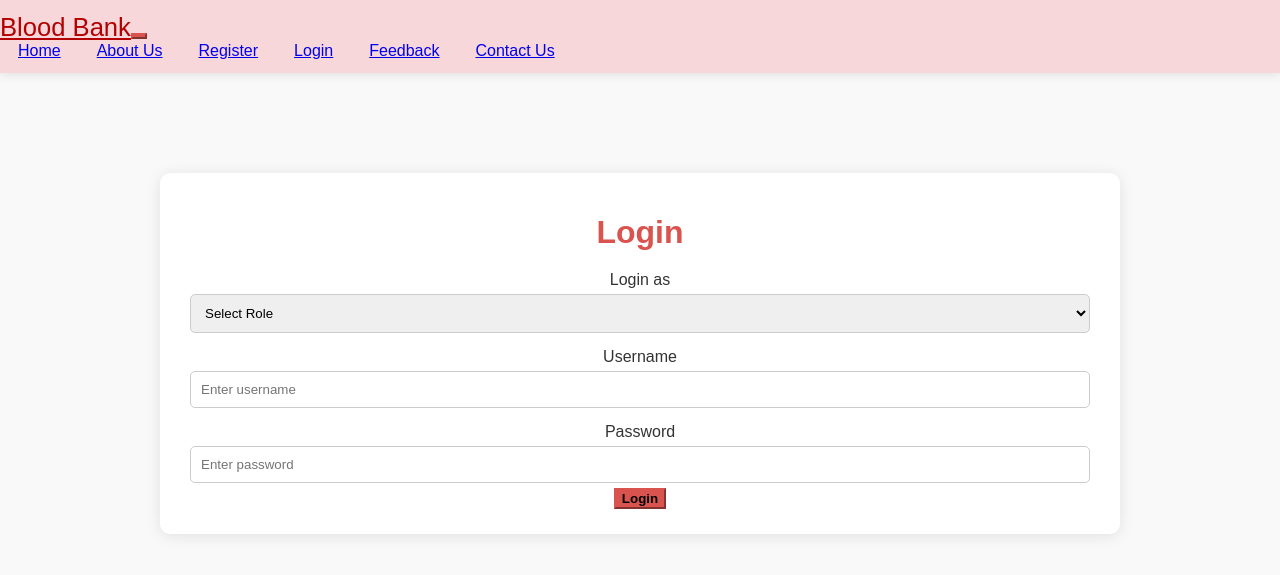
Repository: krismehta02/MINI-PROJECT-MAY
Page: /login (app in blood-donation-frontend/)
An editor plug-in stored every save of this project. The page is shown before and after the next save, followed by the edit.
The browser window is 1280 px wide. The pictures show the whole page.
The project was rebuilt for these pictures with package versions that can differ from the ones it lists, and the page was loaded fresh each time. Also part of the build but not shown: blood-donation-frontend/vite.config.js, blood-donation-frontend/src/pages/Home.jsx, blood-donation-frontend/src/pages/AboutUs.jsx, blood-donation-frontend/src/pages/Register.jsx, blood-donation-frontend/src/pages/Feedback.jsx, blood-donation-frontend/src/pages/ContactUs.jsx, blood-donation-frontend/src/pages/PatientDashboard.jsx, blood-donation-frontend/src/pages/DonorDashboard.jsx.

Above is the page before, as saved 2025-05-12 08:07:14.

After the next save:
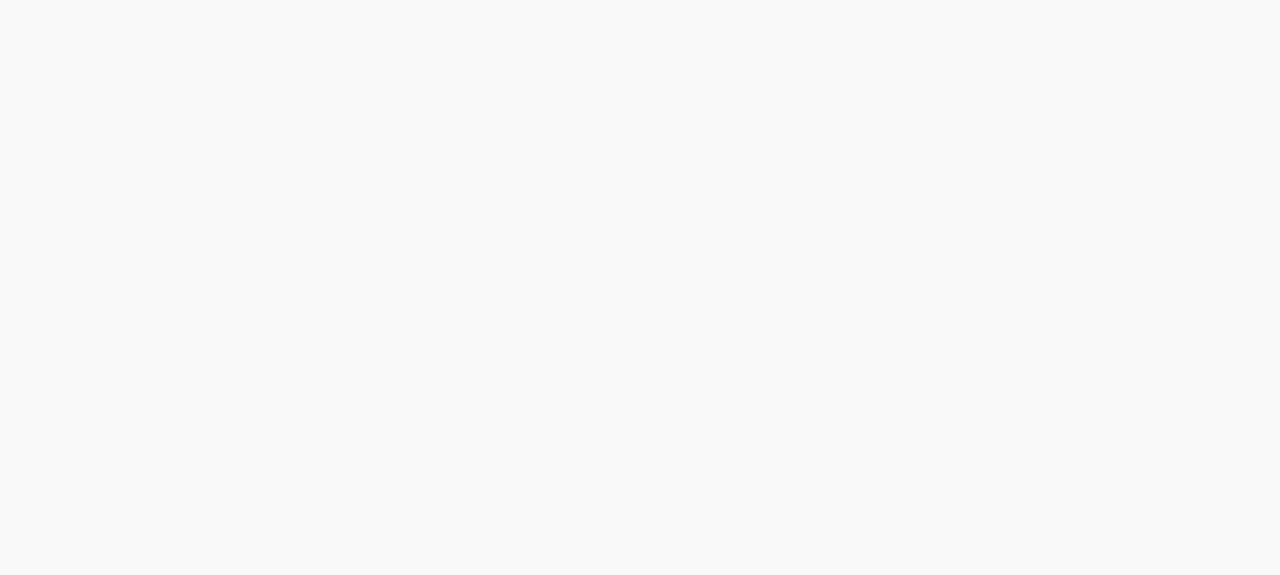
Console error: ReferenceError: backgroundImage is not defined
Saved 8 min 21 s later.
--- a/blood-donation-frontend/src/pages/Login.jsx
+++ b/blood-donation-frontend/src/pages/Login.jsx
@@ -62,8 +62,8 @@
   };
 
   return (
-    <div className="login-page">
-    <div className="container mt-5">
+    <div className="login-page" style={{ backgroundImage: `url(${backgroundImage})` }}>
+      <div className="container mt-5">
       <h1>Login</h1>
       <Form onSubmit={handleSubmit}>
         {/* User Role Dropdown */}

After the save that followed:
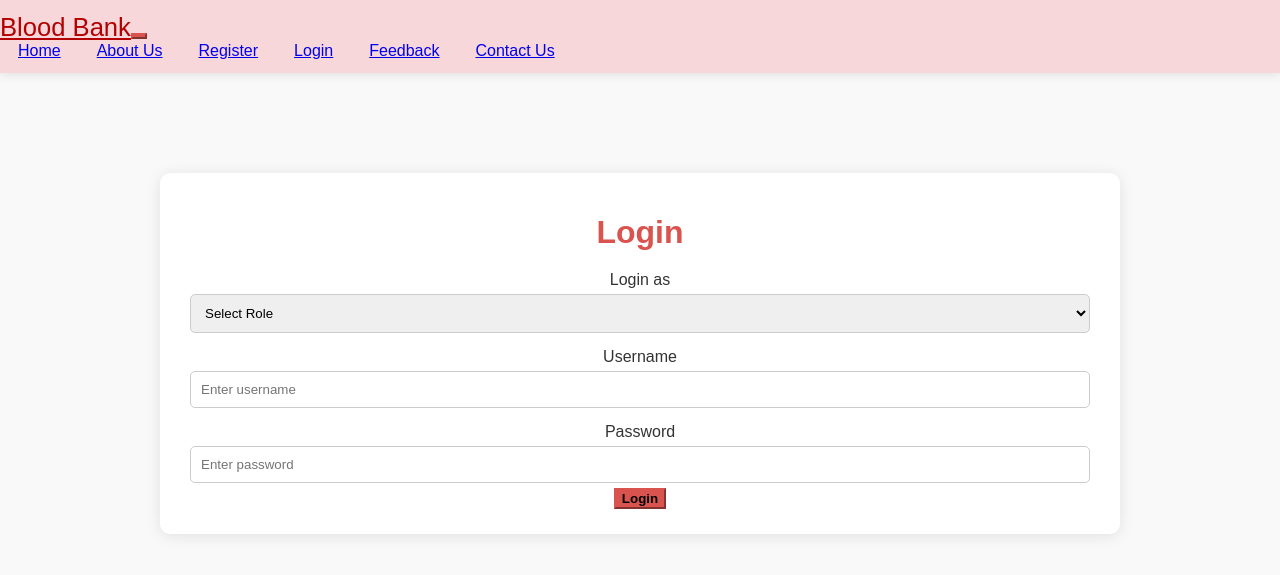
The error is gone.
Saved 46 s later.
--- a/blood-donation-frontend/src/pages/Login.jsx
+++ b/blood-donation-frontend/src/pages/Login.jsx
@@ -62,8 +62,8 @@
   };
 
   return (
-    <div className="login-page" style={{ backgroundImage: `url(${backgroundImage})` }}>
-      <div className="container mt-5">
+    <div className="login-page">
+    <div className="container mt-5">
       <h1>Login</h1>
       <Form onSubmit={handleSubmit}>
         {/* User Role Dropdown */}
